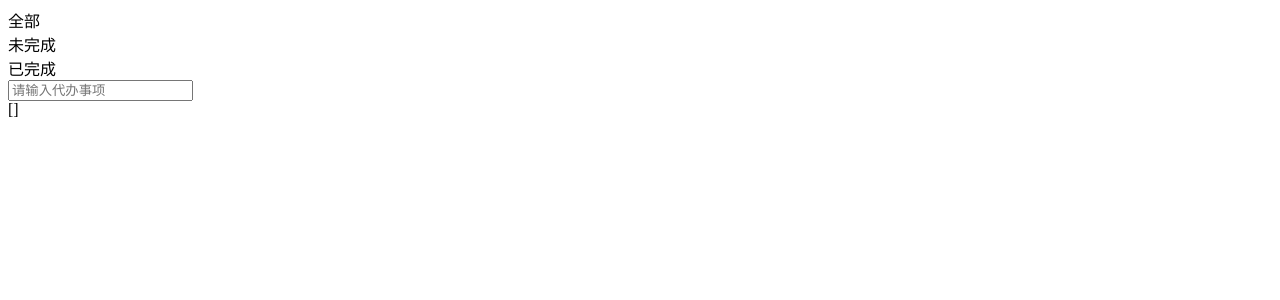
Repository: wujieli0207/mini-pinia-demo
Page: /
The author's editor kept a copy of each file at every save. The page is drawn from the files as they stood at one save, then again after the next save.
The browser window is 1280 px wide. The pictures show the whole page.
The project was rebuilt for these pictures with package versions that can differ from the ones it lists, and the page was loaded fresh each time. Also part of the build but not shown: vite.config.ts.

Above is the page before, as saved 2022-11-26 18:53:39.

After the next save:
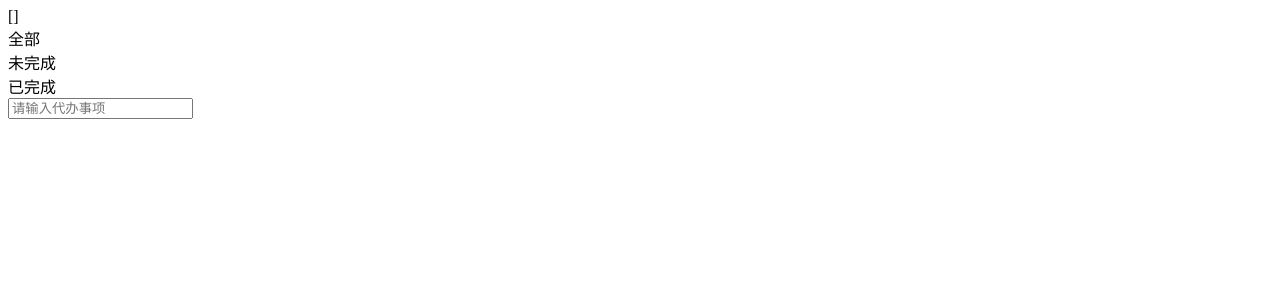
Saved 13 s later.
--- a/src/components/TodoList.vue
+++ b/src/components/TodoList.vue
@@ -1,4 +1,5 @@
 <template>
+  {{ todoStore.todos }}
   <van-tabs v-model:active="active">
     <template v-for="item in tabList" :key="item.title">
       <van-tab :title="item.title" :name="item.name">
@@ -13,7 +14,6 @@
         </div>
 
         <!-- 代办列表 -->
-        {{ todoStore.todos }}
         <template v-for="item in todoStore.todos" :key="item.id">
           <van-cell :title="item.text">
             <template #right-icon>
